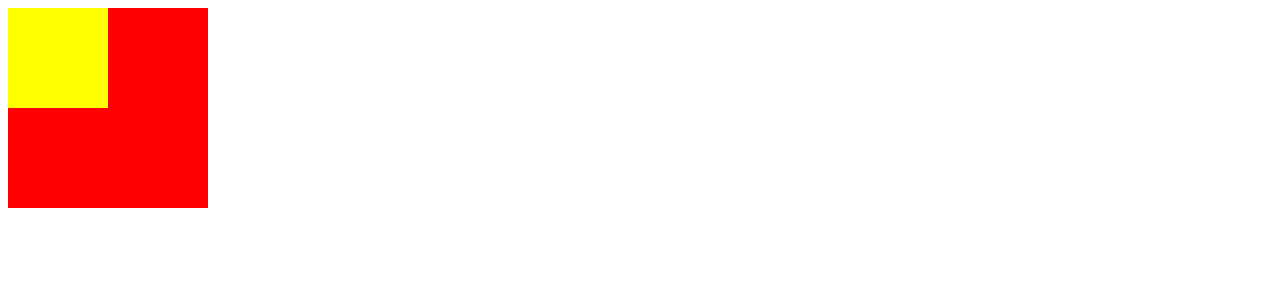
Repository: Qianfane/Blog
Page: CSS/居中测试/2.5 center-table.html
These files come from the project's save history. The page is drawn as it stood at one moment and after a run of saves; the edit follows.
The browser window is 1280 px wide. The pictures show the whole page.

Above is the page before, as saved 2022-01-25 19:52:58.

After the next 5 saves:
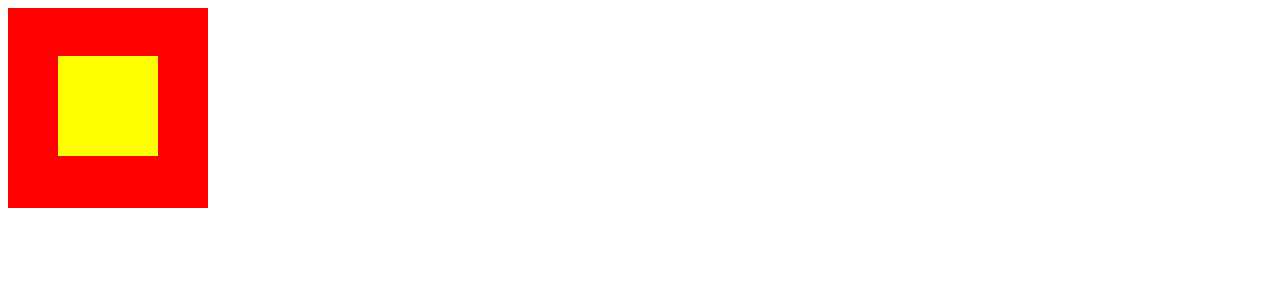
The 5 saves are shown as one change because they came seconds apart.
The last was saved 74 s later.
--- a/CSS/居中测试/2.5 center-table.html
+++ b/CSS/居中测试/2.5 center-table.html
@@ -10,7 +10,8 @@
 <style>
     .outer {
         display: table-cell;
-
+        text-align: center;
+        vertical-align: middle;
 
         width: 200px;
         height: 200px;
